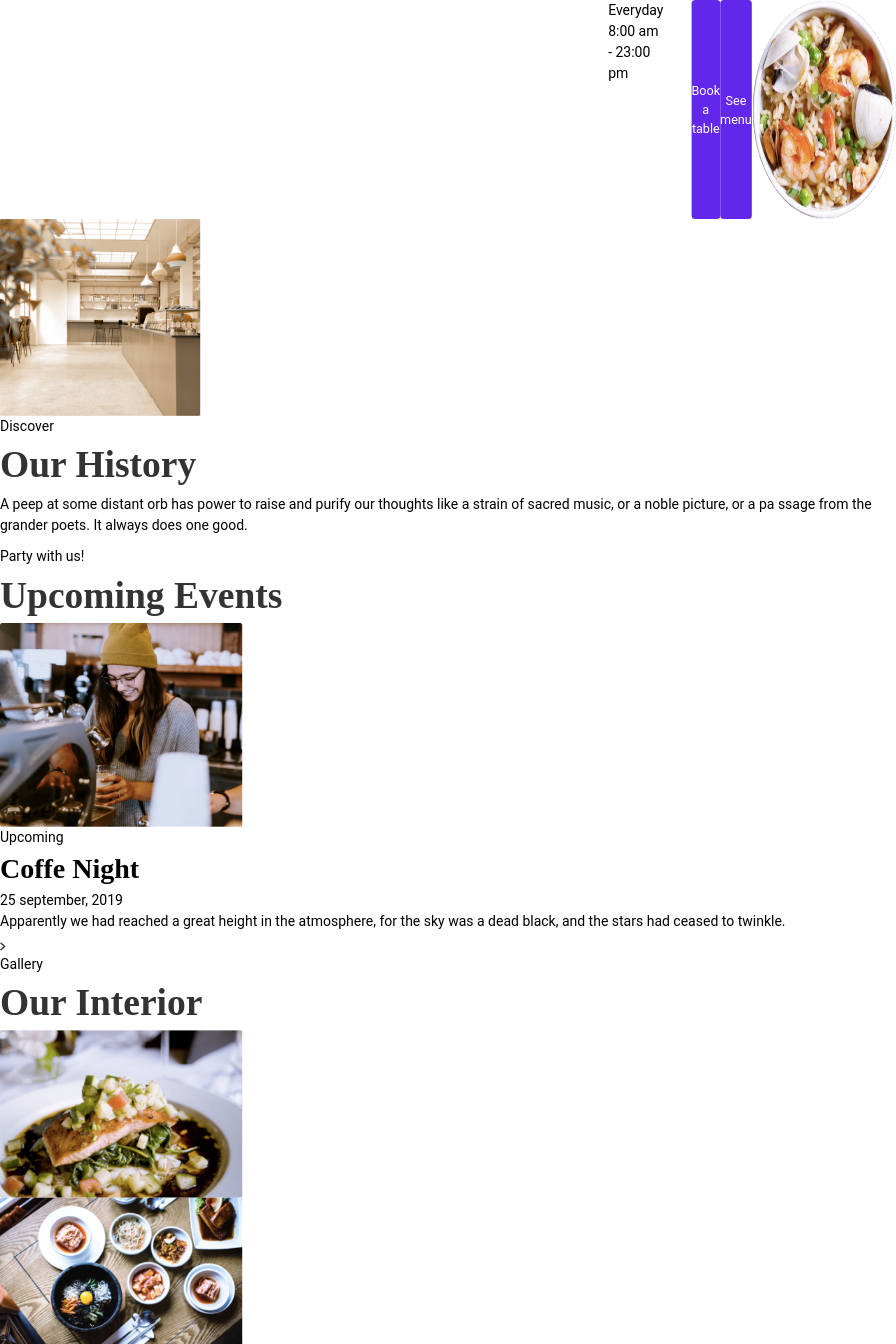
Repository: murilopellis-12/Tailwind-Prova
Page: index.html
The author's editor kept a copy of each file at every save. The page is drawn from the files as they stood at one save, then again after the next save.
The browser window is 1280 px wide. The pictures show the part of the page from y = 0 to 1920 px (the page is 4139 px tall before and 4265 px after), at 70% of full size.

Above is the page before, as saved 2026-10-26 20:11:38.
Not found: style.css

After the next save:
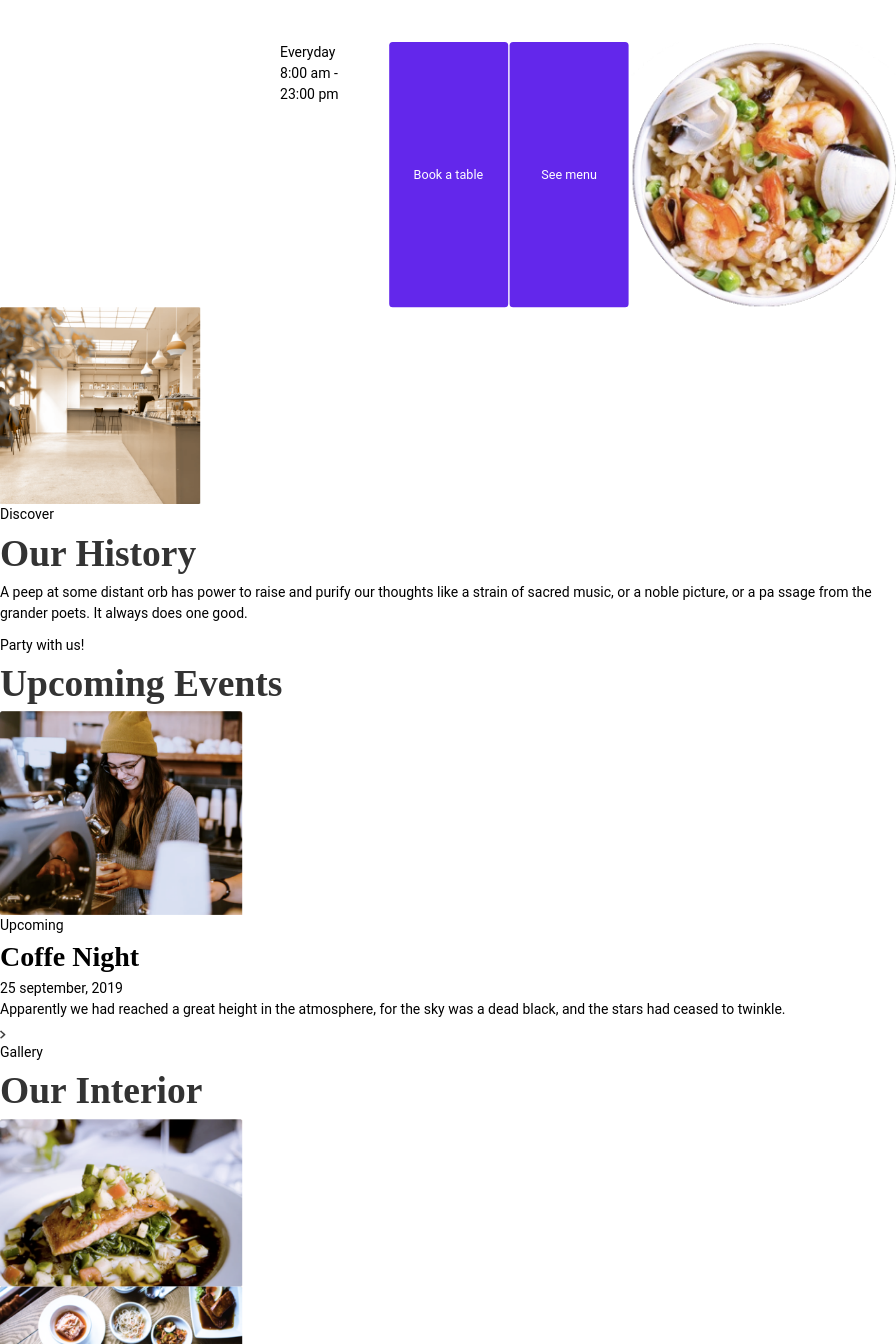
Saved 38 s later.
--- a/index.html
+++ b/index.html
@@ -79,7 +79,7 @@
 
   <body>
     <header class="header-principal bg-[linear-gradient(rgba(51,51,51,0.9),_rgba(51,51,51,0.9)),_url('img/imagem-fundo.png')] bg-cover bg-center w-[100%] h-auto p-[1.6rem_var(--espaco-pequeno)_clamp(5rem,calc(3.592rem + 3.756vw),9rem)_var(--espaco-pequeno)]
-    flex flex-column gap-[clamp(4.3rem, calc(2.645rem + 4.413vw), 9rem)]">
+    flex flex-col gap-[clamp(4.3rem, calc(2.645rem + 4.413vw), 9rem)]">
       <div class="conteudo-header flex justify-between w-[100%] align-center">
         <div>
           <a aria-label="redireciona para o início" id="ancora-header" href="#"
